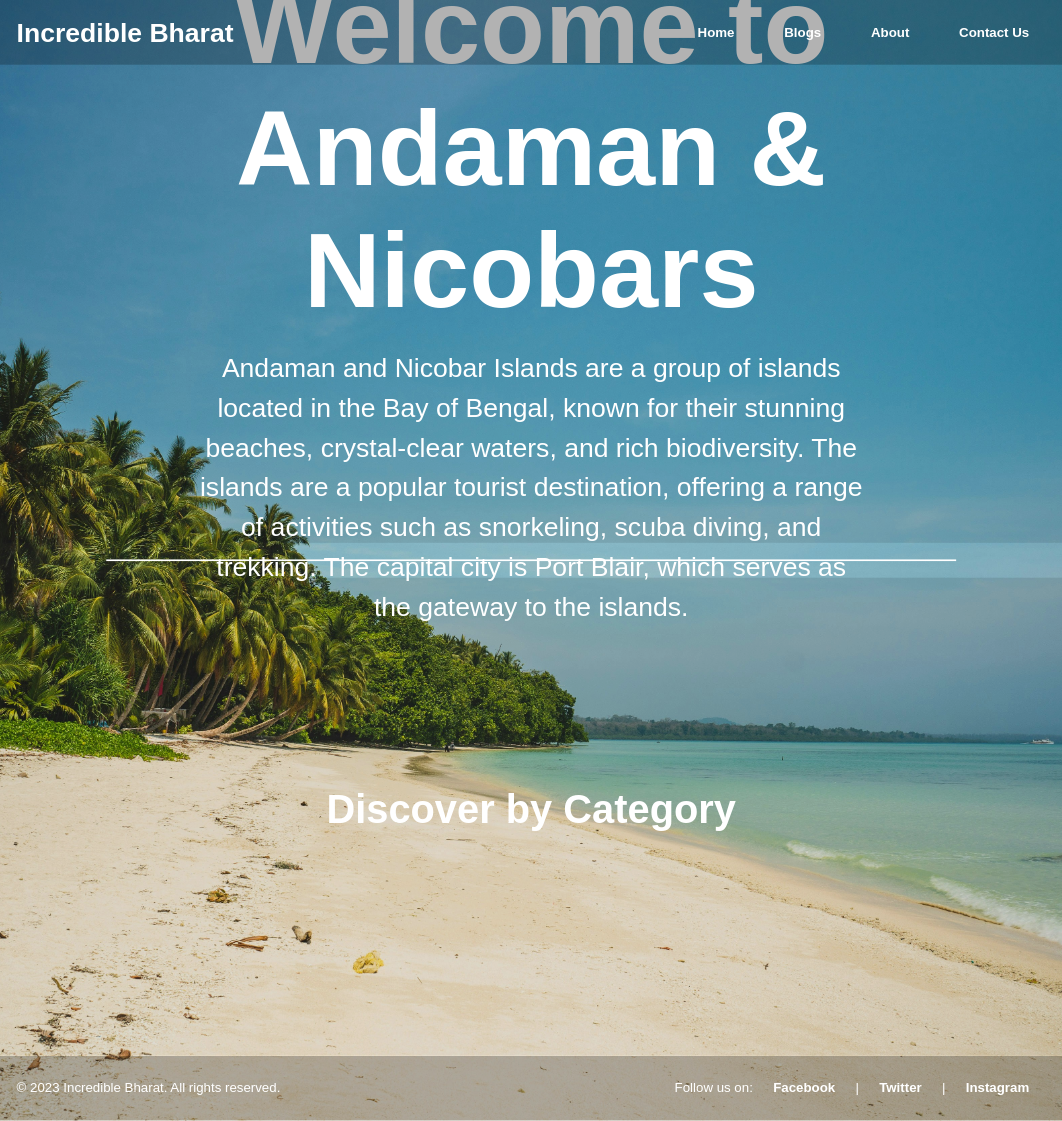
Repository: jaidhiman111/incrediblebharat
Page: destinations/Andaman&Nicobar.html
The author's editor kept a copy of each file at every save. The page is drawn from the files as they stood at one save, then again after the next save.
The browser window is 1280 px wide. The pictures show the whole page, at 83% of full size.

Above is the page before, as saved 2025-04-30 23:21:35.

### destinations/Andaman&Nicobar.html
<!DOCTYPE html>
<html lang="en">

<head>
    <meta charset="UTF-8">
    <link rel="stylesheet" href="/assets/style.css">
    <meta name="viewport" content="width=device-width, initial-scale=1.0">
    <title>Document</title>
</head>

<body class="andaman-nicobar">
    <!-- This is the header of the page. -->
    <header class="header">
        <div class="logo">
            <h1>Incredible Bharat</h1>
        </div>
        <div class="nav">
            <nav>
                <ul>
                    <li>
                        <a href="/index.html">Home</a>
                        <a href="#">Blogs</a>
                        <a href="#">About</a>
                        <a href="#">Contact Us</a>
                    </li>
                </ul>
            </nav>
        </div>
    </header>
    <!-- This is the main content of the page. -->
    <main class="main-container">
        <section class="hero-section">
            <h2>Welcome to Andaman & Nicobars</h2>
            <p>Andaman and Nicobar Islands are a group of islands located in the Bay of Bengal, known for their stunning
                beaches, crystal-clear waters, and rich biodiversity. The islands are a popular tourist destination,
                offering a range of activities such as snorkeling, scuba diving, and trekking. The capital city is Port
                Blair, which serves as the gateway to the islands.</p>
        </section>
        <hr>
        <section class="state-section">
            <h2>Discover by Category</h2>
        </section>
    </main>
    <!-- This is the footer of the page. -->
    <footer class="footer">
        <div>
            <p>&copy; 2023 Incredible Bharat. All rights reserved.</p>
        </div>
        <div>
            <p>Follow us on:
                <a href="#">Facebook</a> |
                <a href="#">Twitter</a> |
                <a href="#">Instagram</a>
        </div>
    </footer>
</body>

</html>

### assets/style.css
* {
    box-sizing: border-box;
    margin: 0;
    padding: 0;
}

.home {
    font-family: Arial, sans-serif;
    background-image: url('/media/bg-cover.jpg');
    background-size: cover;
    background-repeat: no-repeat;
    background-position: center;
    color: #fff;
}

.andaman-nicobar {
    font-family: Arial, sans-serif;
    background-image: url('/media/andaman.jpg');
    background-size: cover;
    background-repeat: no-repeat;
    background-position: center;
    color: #fff;
}


/* This is for header */
.header {
    background-color: rgba(0, 0, 0, 0.3);
    display: flex;
    justify-content: space-between;
    align-items: center;
    padding: 20px;
    position: sticky;
    top: 0;
    text-align: center;
}

li {
    list-style: none;
    display: flex;
    gap: 20px;
}

li a {
    padding: 10px 20px;
    border-radius: 5px;
    text-decoration: none;
    color: #fff;
    font-weight: bold;
}

li a:hover {
    color: #fff;
    transform: scale(1.1);}

/* This is for section */
section{
    background-color: rgba(0, 0, 0, 0.1);
}

.hero-section {
    display: flex;
    flex-direction: column;    /* stack items vertically */
    justify-content: center;   /* center vertically */
    align-items: center;       /* center horizontally */
    height: 80vh;
    text-align: center;
}

.hero-section h2 {
    font-size: 8rem;
    margin-bottom: 20px;
}

.hero-section p{
    font-size: 2rem;
    margin-bottom: 20px;
    max-width: 800px;         /* limit the width of the paragraph */
    line-height: 1.5;        /* improve readability */
}

.hero-section a {
    text-decoration: none;
    color: #fff;
    font-size: 1.5rem;
    margin-bottom: 20px;
}

.hero-section a:hover {
    color: #fff;
    text-decoration: underline;
    transform: scale(1.1);
    transition: transform 0.3s ease-in-out;
}

hr {
    width: 80%;
    margin: 20px auto;
    border: 1px solid #fff;
}

.state-section {
    display: flex;
    flex-direction: column;    /* stack items vertically */
    justify-content: center;
    align-items: center;
    height: 80vh;
    text-align: center;
}

.state-section h2 {
    font-size: 3rem;
    margin-bottom: 20px;
}

.state-button {
    padding: 30px;
    max-width: 100rem;
    margin: 0 auto;
  }

  .state-button button {
    background-color: rgba(0, 0, 0, 0.4);  /* Soft blue */
    border: none;
    border-radius: 8px;
    margin: 10px ;
    padding: 12px 20px;
    cursor: pointer;
    transition: background-color 0.3s ease;
    font-size: 16px;
    font-weight: 500;
  }

  .state-button button a {
    color: #ffffff;
    text-decoration: none;
    display: block;
    width: 100%;
    height: 100%;
  }

  .state-button button:hover {
    background-color: rgba(0, 0, 0, 0.7); /* Darker blue on hover */
    transform: scale(1.1); /* Slightly enlarge the button on hover */
    transition: transform 0.3s ease-in-out;
  }

  /* This is for footer */

.footer {
    background-color: rgba(0, 0, 0, 0.3);
    display: flex;
    justify-content: space-between;
    align-items: center;
    padding: 20px;
    position: relative;
    bottom: 0;
    text-align: center;
}

.footer li {
    list-style: none;
    display: flex;
    gap: 20px;
}

.footer a {
    display: inline-block;
    padding: 10px 20px;
    border-radius: 5px;
    text-decoration: none;
    color: #fff;
    font-weight: bold;
}
.footer a:hover {
    color: #fff;
    transform: scale(1.1);

}

/* This is for media queries */
/* --- Andaman & Nicobar Page Enhancements --- */

After the next save:
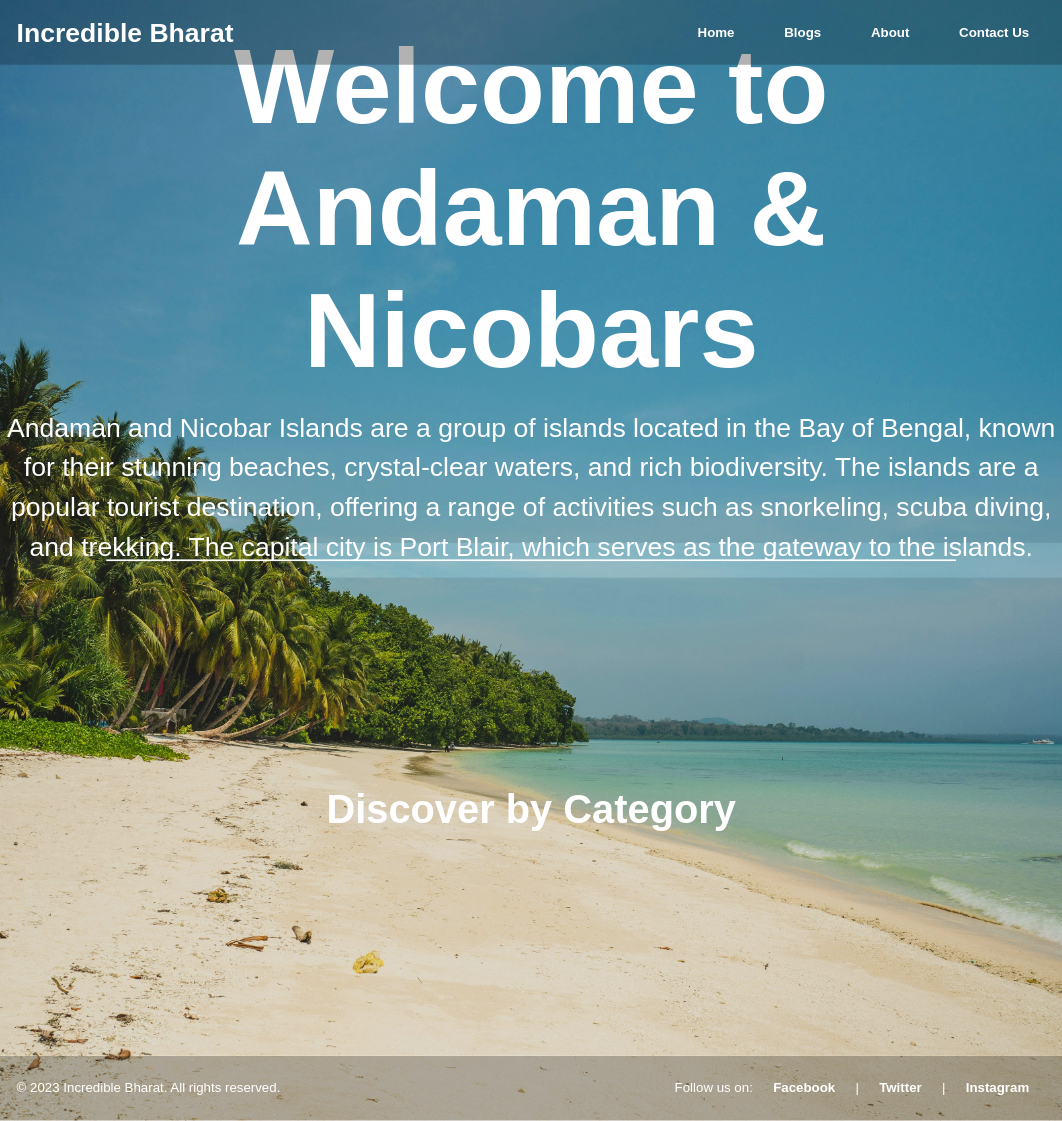
Saved 10 s later.
--- a/assets/style.css
+++ b/assets/style.css
@@ -75,7 +75,7 @@ section{
 .hero-section p{
     font-size: 2rem;
     margin-bottom: 20px;
-    max-width: 800px;         /* limit the width of the paragraph */
+            /* limit the width of the paragraph */
     line-height: 1.5;        /* improve readability */
 }
 
